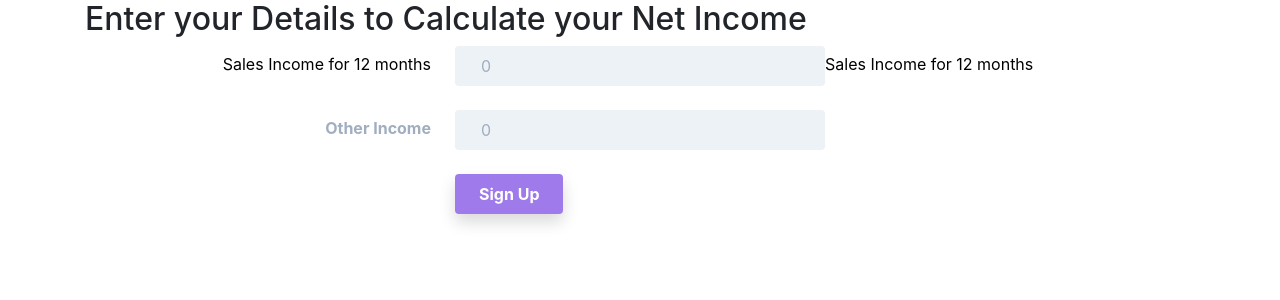
Repository: latenightsnacc/Financial-Forecast
Page: financial-forecast.html
These files come from the project's save history. The page is drawn as it stood at one moment and after the next save; the edit follows.
The browser window is 1280 px wide. The pictures show the whole page.

Above is the page before, as saved 2020-11-15 11:38:30.

### financial-forecast.html
<!DOCTYPE html>
<html lang="en">
<head>
    <meta charset="UTF-8">
    <meta name="viewport" content="width=device-width, initial-scale=1.0">
    <!--Tailwind CDN-->
    <link rel="stylesheet" href="https://cdnjs.cloudflare.com/ajax/libs/tailwindcss/1.9.6/base.min.css" integrity="sha512-hEjkvMSM0ql6VJcNK0gTmjt9ar8F2yHeBUbJKtyvQhkkbGMhiJ4+MaiB8XxsthLAHJx5vy2I9dN0un8HiWG2LA==" crossorigin="anonymous" />
    <link rel="stylesheet" href="https://cdnjs.cloudflare.com/ajax/libs/tailwindcss/1.9.6/components.min.css" integrity="sha512-TizAONqhvXjEfRPhptSUkZNVU497PzAnXNGNUoeOjeni4dHpJ+ak+ZsyoGna20LH/yg1PvdufN1VbnVQeVDftg==" crossorigin="anonymous" />
    <link rel="stylesheet" href="https://cdnjs.cloudflare.com/ajax/libs/tailwindcss/1.9.6/tailwind.css" integrity="sha512-HY1FOTeAX9idUBWDhVDrBg8QUHBisKVQ4BCVj1jFo5z76mk87w4Rr5YGP8nBkcGmoMzqYvdeXHMOg/olF45z3g==" crossorigin="anonymous" />
    <link rel="stylesheet" href="https://cdnjs.cloudflare.com/ajax/libs/tailwindcss/1.9.6/utilities.min.css" integrity="sha512-0QJfuLKyYJWGB5hKArJW67xqMLDlR8YaLM/ZuW2mRn4NRwHNsGm7UuREc5Fu7jONHyewPKnGODY0N8G+FQbfxg==" crossorigin="anonymous" />
    <!--Bootstrap CDN-->
    <link rel="stylesheet" href="https://cdn.jsdelivr.net/npm/bootstrap@4.5.3/dist/css/bootstrap.min.css" integrity="sha384-TX8t27EcRE3e/ihU7zmQxVncDAy5uIKz4rEkgIXeMed4M0jlfIDPvg6uqKI2xXr2" crossorigin="anonymous">
    <title>Financial Forecast |Resaads Consults - Think Millenial</title>
</head>
<body>
    <div class="container">
        <!--Navigation-->
    </div>
    <div class="wrapper">
        <div class="container">
            <h2 class="title">Enter your Details to Calculate your Net Income</h2>
        </div>
        <div class="container">
            <form class="w-full max-w-none">
                <!--Sales Income-->
                <div class="md:flex md:items-center mb-6">
                  <div class="md:w-1/3">
                    <label class="block text-black font-500 md:text-right mb-1 md:mb-0 pr-4" for="inline-full-name" placeholder="0">
                      Sales Income for 12 months
                    </label>
                  </div>
                  <div class="md:w-1/3">
                    <input class="bg-gray-200 appearance-none border-2 border-gray-200 rounded w-full py-2 px-4 text-gray-700 leading-tight focus:outline-none focus:bg-white focus:border-grey-500" id="inline-full-name" type="text" placeholder="0">
                  </div>
                  <div class="md:w-1/3">
                    <label class="block text-black font-500 md:text-right mb-1 md:mb-0 pr-4 float-left" for="inline-full-name" >
                      Sales Income for 12 months
                    </label>
                  </div>
                </div>
                <!--Other Income-->
                <div class="md:flex md:items-center mb-6">
                  <div class="md:w-1/3">
                    <label class="block text-gray-500 font-bold md:text-right mb-1 md:mb-0 pr-4" for="inline-password">
                      Other Income
                    </label>
                  </div>
                  <div class="md:w-1/3">
                    <input class="bg-gray-200 appearance-none border-2 border-gray-200 rounded w-full py-2 px-4 text-gray-700 leading-tight focus:outline-none focus:bg-white focus:border-grey-500" id="inline-password" type="text" placeholder="0">
                  </div>
                </div>

                <div class="md:flex md:items-center">
                  <div class="md:w-1/3"></div>
                  <div class="md:w-2/3">
                    <button class="shadow bg-purple-500 hover:bg-purple-400 focus:shadow-outline focus:outline-none text-white font-bold py-2 px-4 rounded" type="button">
                      Sign Up
                    </button>
                  </div>
                </div>
              </form>
        </div>
    </div>
    <!--Bootstrap Scripts-->
    <script src="https://code.jquery.com/jquery-3.5.1.slim.min.js" integrity="sha384-DfXdz2htPH0lsSSs5nCTpuj/zy4C+OGpamoFVy38MVBnE+IbbVYUew+OrCXaRkfj" crossorigin="anonymous"></script>
    <script src="https://cdn.jsdelivr.net/npm/popper.js@1.16.1/dist/umd/popper.min.js" integrity="sha384-9/reFTGAW83EW2RDu2S0VKaIzap3H66lZH81PoYlFhbGU+6BZp6G7niu735Sk7lN" crossorigin="anonymous"></script>
    <script src="https://cdn.jsdelivr.net/npm/bootstrap@4.5.3/dist/js/bootstrap.min.js" integrity="sha384-w1Q4orYjBQndcko6MimVbzY0tgp4pWB4lZ7lr30WKz0vr/aWKhXdBNmNb5D92v7s" crossorigin="anonymous"></script>
</body>
</html>

After the next save:
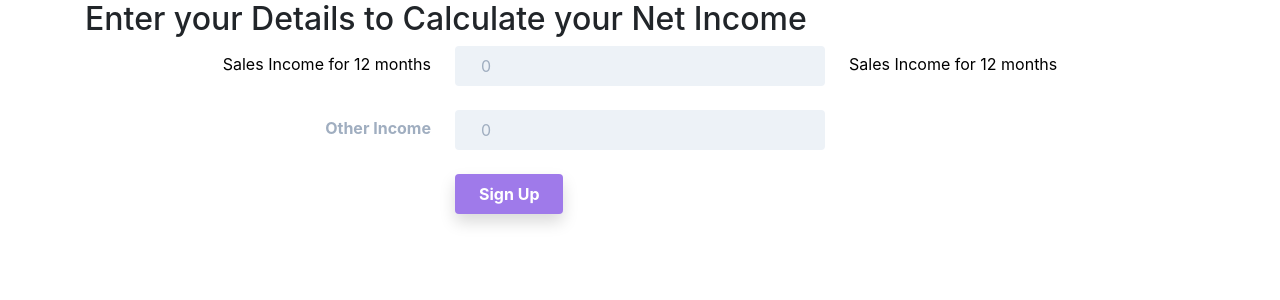
Saved 11 s later.
--- a/financial-forecast.html
+++ b/financial-forecast.html
@@ -33,7 +33,7 @@
                     <input class="bg-gray-200 appearance-none border-2 border-gray-200 rounded w-full py-2 px-4 text-gray-700 leading-tight focus:outline-none focus:bg-white focus:border-grey-500" id="inline-full-name" type="text" placeholder="0">
                   </div>
                   <div class="md:w-1/3">
-                    <label class="block text-black font-500 md:text-right mb-1 md:mb-0 pr-4 float-left" for="inline-full-name" >
+                    <label class="block text-black font-500 md:text-right mb-1 md:mb-0 pl-4 float-left" for="inline-full-name" >
                       Sales Income for 12 months
                     </label>
                   </div>
